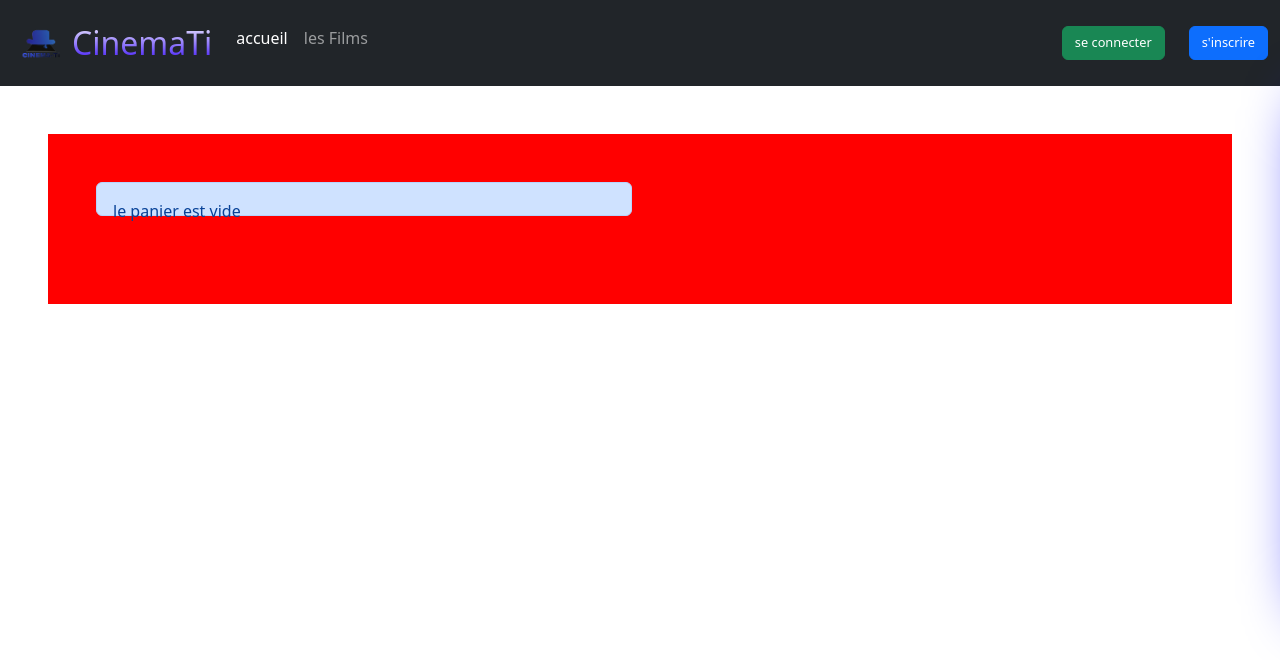
Repository: ahmed-rabah/cinemaMiniProject
Page: http://localhost/finaliserCommande.php
These files come from the project's save history. The page is drawn as it stood at one moment and after the next save; the edit follows.
The browser window is 1280 px wide. The pictures show the whole page.
The page is run by PHP 8.4 with error messages shown; the project is at /var/www/html/. Other server files are loaded and not shown.

Above is the page before, as saved 2023-01-12 12:17:17.
Console error: TypeError: Cannot read properties of null (reading 'addEventListener')

### finaliserCommande.php
<?php
 session_start();
//  require "./functions/database.php";
//  $images = $pdo->query("SELECT photo from film");
//  $images = $images->fetchAll(MYSQLI_NUM);
//  foreach ($images as $image){
//     echo "<img src=\"".$image["photo"]."\" >";
// }?>
<!DOCTYPE html>
<html lang="en">
<head>
    <meta charset="UTF-8">
    <meta http-equiv="X-UA-Compatible" content="IE=edge">
    <meta name="viewport" content="width=device-width, initial-scale=1.0">
    <link rel="stylesheet" href="node_modules/bootstrap/dist/css/bootstrap.min.css">
    <link rel="stylesheet" href="./css/style.css">
    <link rel="stylesheet" href="https://unicons.iconscout.com/release/v4.0.0/css/line.css">
    <link rel="icon" href="./logoCinema.png">
    <title>CinemaTi</title>
</head>
<body>
    <header>
        <?php include './header.php'; ?>

    </header>
    <main class="">
        <section class="" id="cartContainer"></section>
    </main>

    <div class="absoluteCart m-2 p-1"></div>

    <script src="node_modules/jquery/dist/jquery.slim.min.js"></script>
    <script src="node_modules/bootstrap/dist/js/bootstrap.bundle.min.js"></script>
    <script src="./javascript/panie.js"></script>
</body>
</html>

### header.php
<?php
    require_once './functions/database.php';

    function getAllgenres($pdo){
      $req = $pdo->query('SELECT * from genre');
      $rows = $req->fetchAll(PDO::FETCH_ASSOC);
      foreach ($rows as $row) {
        $genres[] = $row ;
      }

      return $genres;
    }
?>
<nav class="navbar navbar-expand-lg navbar-dark bg-dark">

  <div class="container-fluid">
      <a class="navbar-brand d-flex cine-name" href="./index.php">
        <img src="./logoCinema.png" width="60" height="60" class="d-inline-block align-top rounded-circle" alt="">
        <h2 class="mt-2 gradiant-bg">CinemaTi</h2>
      </a>
    <button class="navbar-toggler" type="button" data-bs-toggle="collapse" data-bs-target="#navbarColor01" aria-controls="navbarColor01" aria-expanded="false" aria-label="Toggle navigation">
      <span class="navbar-toggler-icon"></span>
    </button>
    <div class="collapse navbar-collapse justify-content-between" id="navbarColor01">
      <ul class="navbar-nav">
        <li class="nav-item">
          <a class="nav-link active" href="./index.php" id="accueil"><h6>accueil</h6>
            <span class="visually-hidden">(current)</span>
          </a>
        </li>
        <li class="nav-item">
          <a class="nav-link" href="./movies.php"  id="movies"><h6>les Films</h6></a>
        </li>
   <!--     <li class="nav-item">
          <a class="nav-link" href="./movies.php" ><h6>les salles de projection</h6></a>
        </li>
        <li class="nav-item">
          <a class="nav-link" href="./contact.php"><h6>Contact</h6></a>
        </li> -->
      </ul>
      <?php
      if(!isset($_SESSION['user_id'])){
        ?>

<ul class="nav navbar" id="non-connected">
  <li><a href="./signIn.php" class="btn btn-success me-2 font-size">se connecter</a></li>
  <li><a href="./signup.php" class="btn btn-primary ms-3 font-size">s'inscrire</a></li>
</ul>
<?php }
if(isset($_SESSION['user_id'])){ ?>
    <ul class="nav navbar" id="connected">
      <li><button class="btn btn-light me-2" id="panier"><span class="font-size"><i class="uil uil-shopping-cart-alt ">panier d'achat</i></span></button></li>
      <li><a href="./dashboard.php" class="btn btn-primary ms-3 "><span class="font-size"><i class="uil uil-user-circle"></i>votre compte</span></a></li>
      <li><a href="./logout.php" class="btn btn-danger ms-3 "><span class="font-size"><i class="uil uil-signout"></i>deconnexion</span></a></li>
    </ul>
    <?php } ?>
  </div>
  </div>
</nav>

### functions/database.php
<?php
try {
    $database="moviedb";
    $user="root";
    $password="";
    $pdo = new PDO("mysql:host=localhost;dbname=$database",$user,$password);
    // echo "Success: Connected to the database.";
  } catch(PDOException $e) {
    die("Error: Could not connect to the database.");
  }

### functions/panier.php
<?php


if($_SERVER['REQUEST_METHOD'] == 'GET'){
    session_start();
    if(isset($_SESSION['user_id']) && !empty( $_SESSION['panier'])){
        $panier = $_SESSION['panier'];
        require_once './database.php';
        $productsInfos=[];
        foreach ($panier as $product) {
            $idprogramme = $product['idProgramme'];
            $req = "SELECT  p.idProgramme ,g.libelle,f.titre,p.date_projection,f.photo , p.heure_debut, p.ticketsDisponible, p.prix_unitaire FROM programme as p, film as f , genre as g WHERE p.idFilm= f.idFilm AND p.idProgramme =$idprogramme AND g.idGenre = f.idGenre";
            $requete = $pdo->query($req);
            $resultat = $requete->fetch(PDO::FETCH_ASSOC);
            array_push($product,$resultat);
            if(isset($_GET['item']) && $_GET['item'] ==$idprogramme ){
                exit(json_encode($product));
            }
            array_push($productsInfos,$product);
        }
        if(isset($_GET['item'])){
            exit(json_encode(false));
        }
        exit(json_encode($productsInfos));


        // require_once './database.php';
        // $idUser = $_GET['idUser'];
        // $req = "SELECT pro.id_produit ,pro.nombre_places , pro.prix , p.date_projection ,p.heure_debut , p.prix_unitaire , g.libelle , f.titre,f.photo FROM produit as pro, programme as p , film as f ,genre as g WHERE pro.id_user=$idUser AND p.idFilm=f.idFilm AND pro.id_programme=p.idProgramme AND g.idGenre =f.idGenre";
        // $query = $pdo->query($req);
        // $resultat = $query->fetchAll(PDO::FETCH_ASSOC);
    }else{
        exit(json_encode(false));
    }
}

### css/style.css

::-webkit-scrollbar{
    width : 1rem;
}
::-webkit-scrollbar-track{
    background-color: black;
}
::-webkit-scrollbar-thumb{
    background-color: #2d00f7a1;
    border-radius: 100vw;
}
::-webkit-scrollbar-thumb:hover{
    background-color:white;
}

html{
    scroll-behavior: smooth;
}


.centered{
    position: absolute;
    top: 50%;
    left: 50%;
    transform: translate(-50%, -50%);
}
.logo-picture{
    width: 100px; height :100px;
}
/*
.cine-name{
    background-image : linear-gradient(to top,#89f90a 20% , #02fa54 100%) ;
    border-radius : 10px;
    padding-right: 4px;
} */
.font-size{
    font-size: 0.8em;
}
/* .account{
    font-size: 1.2em
} */
.gradiant-bg{
    background-color: #5577ff;
    background-image : linear-gradient(to top,#2d00f7 0% , #ffffff 100%) ;
    background-clip: text;
    -webkit-background-clip: text;
    -moz-background-clip: text;
    -webkit-text-fill-color: transparent;
    -moz-text-fill-color: transparent;
    background-size: 100%;
    display : flex  ;
    align-items: center ;
    cursor : pointer ;
    text-decoration: none;
}

.grid{
    display: grid;
    grid-template-columns:auto auto auto ;
}

.absolute-alert{
    background-color: rgba(255,255,255,0.5);
    width: 100vw;
    height: 100vh;
    position: fixed ;
    top: 0;
    left: 0;
    z-index: 100 ;
    text-align :center;
    display :grid ;
    place-items: center ;

}
.absoluteCart{
    position: fixed;
    top: 6em;
    right: 0;
    width: 400px;
    height: 70%;
    background: #3d5f89;
    border-radius: 12px;
    box-shadow: 0 0 4em blue;
    display: grid;
    grid-template-columns: auto;
    justify-content: center;
    transition: all 0.3s linear ;
    transform: translate(110%);
    overflow-y: auto;
    }
    .show-cart {
    transform: translate(0);
    }
    .finaliserBtn{
        position: sticky;
        top: 0;
        z-index: 100;
        margin-bottom: 1em;
        height: 50px;
    }
    .inner-grid{
        display: grid ;
    grid-template-columns:30% 70% ;
    border-bottom:  1px solid black ;
    margin: 0.4em 0;
    }
    .grid{
        display: grid ;
    grid-template-columns:30% 70% ;
    }
    @media screen and (max-width:1048px) {
        .grid{
        display: grid ;
    grid-template-columns:20% 80% ;
    }
}

#cartContainer{
    margin: 3em;
    padding: 3em;
    display : grid;
    grid-template-columns: 1fr 1fr;
    gap: 1em;
    background-color : red ;

}
@media screen and (max-width:700px) {
    #cartContainer{
    grid-template-columns:auto ;
    }

}

### javascript/panie.js
let panierBtn = document.getElementById('panier');
let deleteProductBtn = document.getElementById('deleteproduct');
let updateProductBtn = document.getElementById('updateproduct');
let addProductBtn =  document.getElementById('addProduct');
let cartContainer = document.getElementById('cartContainer');

window.addEventListener('DOMContentLoaded',()=>{
    getUserPanier("container").then(data=>{
            cartContainer.innerHTML = data;
    })
})

function addProduct(id){
    addProduit(id).then(response=>{
        let added = response.added;
        let reponse = response.response;
        let connected = response.connected;
       let msg="";
        if(!connected) {
            reponse+='<strong><a href="./signin.php">Se connecter</a></strong>';
        }
        if(!added){
            msg=`<div class="alert alert-warning alert-dismissible fade show" role="alert" id="myAlert">
            ${reponse}
            <button type="button" class="btn-close" data-bs-dismiss="alert" aria-label="Close"></button>
          </div>`;
        }else{
            msg=`<div class="alert alert-success alert-dismissible fade show" role="alert" id="myAlert">
            ${reponse}
            <button type="button" class="btn-close" data-bs-dismiss="alert" aria-label="Close"></button>
          </div>`;
        }
        let body = document.querySelector('body');
        body.insertAdjacentHTML('beforeend',`<div class="absolute-alert">${msg}</div>`);
        let theAlert = document.querySelector('.absolute-alert');
        theAlert.addEventListener('click',function(e){
            if(e.target.classList.contains('absolute-alert')){
            theAlert.outerHTML="";
        }})
        let myAlert = document.getElementById('myAlert')
            myAlert.addEventListener('close.bs.alert', () => {
                theAlert.outerHTML="";
            })

        setTimeout(() => {theAlert.outerHTML="";},10000);
    })

    // console.log(id);
}

panierBtn.addEventListener('click', () => {
    userCart()
    let cart = document.querySelector('.absoluteCart');
    cart.classList.toggle('show-cart');
})

async function deleteproductFromCart(product){
    let request = await fetch("./functions/deleteUserProduct.php?idProgramme="+product);
    let response = await request.json();
    let deleted = response.deleted;
    let reponse = response.response;
    let connected = response.connected;
    let msg="";
    let cartItem = document.getElementById('cart'+product);
    if(!connected) {
        reponse+='<strong><a href="./signin.php">Se connecter</a></strong>';
    }
    if(!deleted){
        msg=`<div class="alert alert-warning alert-dismissible fade show" role="alert" id="myAlert">
        ${reponse}
        <button type="button" class="btn-close" data-bs-dismiss="alert" aria-label="Close"></button>
      </div>`;
      cartItem.insertAdjacentHTML('beforebegin',msg);
    }else{
        msg=`<div class="alert alert-success alert-dismissible fade show" role="alert" id="myAlert">
        ${reponse}
        <button type="button" class="btn-close" data-bs-dismiss="alert" aria-label="Close"></button>
      </div>`;
      cartItem.outerHTML=msg;
    }
    // let cart = document.querySelector('.absoluteCart');

}
async function updateproductCart(product,status){
    let request = await fetch("./functions/updateUserProduct.php?idProgramme="+product+"&status="+status);
    let response = await request.json();
    let updated = response.updated;
    let reponse = response.response;
    let connected = response.connected;
    let msg="";
    let cartItem = document.getElementById('cart'+product);
    if(!connected) {
        reponse+='<strong><a href="./signin.php">Se connecter</a></strong>';
    }
    if(connected && updated === false){
        msg=`<div class="alert alert-danger alert-dismissible fade show" role="alert" id="myAlert">
        ${reponse}
        <button type="button" class="btn-close" data-bs-dismiss="alert" aria-label="Close"></button>
      </div>`;
    }else{
        msg=`<div class="alert alert-success alert-dismissible fade show" role="alert" id="myAlert">
        ${reponse}
        <button type="button" class="btn-close" data-bs-dismiss="alert" aria-label="Close"></button>
        </div>`;
        getCartItem(product).then(result => {
            cartItem.outerHTML = result ;
        })
    }
    let body = document.querySelector('body');
    body.insertAdjacentHTML('beforeend',`<div class="absolute-alert">${msg}</div>`);
    let theAlert = document.querySelector('.absolute-alert');
    theAlert.addEventListener('click',function(e){
        if(e.target.classList.contains('absolute-alert')){
        theAlert.outerHTML="";
    }})
    let myAlert = document.getElementById('myAlert')
        myAlert.addEventListener('close.bs.alert', () => {
            theAlert.outerHTML="";
        })

    setTimeout(() => {theAlert.outerHTML="";},10000);

}

function userCart(){
    getUserPanier('sidebar').then(data=>{
        console.log(data);
        let cartDiv = document.querySelector('.absoluteCart');
        cartDiv.innerHTML=data;
        let Final = document.createElement('a');
        Final.setAttribute('href',"./finaliserCommande.php");
        Final.className="btn btn-primary w-100  finaliserBtn";
        Final.innerHTML="finaliser la commande";
        cartDiv.prepend(Final);
    })

}

async function getCartItem(item){
    let request = await fetch('./functions/panier.php?item='+item);
    let response = await request.json();
    let msg="";
    if(response === false){
        msg =`<div class="alert alert-primary h-25" role="alert">
        le panier est vide
        </div>`;
    }else{
        msg=cartItemInfos(response,"sidebar");
         }

    return msg;
}
async function getUserPanier(type){
    let request = await fetch('./functions/panier.php');
    let response = await request.json();
    let msg="";
    if(response === false){
        msg =`<div class="alert alert-primary h-25" role="alert">
        le panier est vide
            </div>`;
    }else{
        response.forEach(produit => {
            msg+=cartItemInfos(produit,type);
        });
    }

    return msg;
}

async function addProduit(programme){
    let request = await fetch('./functions/addproduct.php?idProgramme='+programme);
    let response = await request.json();
    return response;
}

function cartItemInfos(produit,use){

    if(use==="sidebar"){

        return `<div class="card border-primary  mb-2 w-100"  id="cart${produit.idProgramme}">
        <div class="card-header"><h4>${produit[0].titre}</h4></div>
        <div class="card-body  text-dark">
        <div class="d-flex justify-content-center">
        <img src="${produit[0].photo}" width="60px" height="66px">
        <div class="ms-1">
        <p class="card-title  m-0 fw-normal">le <strong>${produit[0].date_projection}</strong> à <strong>${produit[0].heure_debut}</strong></p>
        <p class="card-text m-0 fw-normal">prix_unitaire :<strong> ${produit[0].prix_unitaire} DH</strong></p>
        <p class="card-text m-0 fw-normal">tickets disponible :<strong> ${produit[0].ticketsDisponible}</strong> ticket(s)</p>
        </div>
        </div>
        </div>
        <div class="card-footer d-flex justify-content-between align-items-center p-1">
        <div class="d-flex justify-content-center align-items-center">
        <h6 class="btn minus" onclick="updateproductCart(${produit.idProgramme},'minus')"><i class="uil uil-minus-circle fs-5 text-danger"></i></h6>
        <h6> ${produit.nbrPlace} </h6>
        <h6 class="btn plus" onclick="updateproductCart(${produit.idProgramme},'plus')"><i class="uil uil-plus-circle fs-5 text-success"></i></h6>
        </div>
        <h6>Total : ${produit.prix} DH</h6>
        <button class="btn btn-danger"  onclick="deleteproductFromCart(${produit.idProgramme})"><i class="uil uil-trash-alt"></i></button>
        </div>
        </div>`;
    }else{
        return `<div class="card border-primary w-100"  id="cart${produit.idProgramme}">
        <div class="card-header text-center"><h2>${produit[0].titre}</h2></div>
        <div class="card-body  text-dark">
        <div class="d-flex justify-content-start align-items-center">
        <img src="${produit[0].photo}" width="140px" height="140px">
        <div class="ms-1">
        <h5 class="card-title  m-0 fw-normal">le <strong>${produit[0].date_projection}</strong> à <strong>${produit[0].heure_debut}</strong></h5>
        <h5 class="card-text m-0 fw-normal">prix_unitaire :<strong> ${produit[0].prix_unitaire} DH</strong></h5>
        <h5 class="card-text m-0 fw-normal">tickets disponible :<strong> ${produit[0].ticketsDisponible}</strong> ticket(s)</h5>
        </div>
        </div>
        </div>
        <div class="card-footer d-flex justify-content-between align-items-center p-1">
        <div class="d-flex justify-content-center align-items-center">
        <h4 class="btn minus" onclick="updateproductCart(${produit.idProgramme},'minus')"><i class="uil uil-minus-circle fs-5 text-danger"></i></h4>
        <h4> ${produit.nbrPlace} </h4>
        <h4 class="btn plus" onclick="updateproductCart(${produit.idProgramme},'plus')"><i class="uil uil-plus-circle fs-5 text-success"></i></h4>
        </div>
        <h4>Total : ${produit.prix} DH</h4>
        <button class="btn btn-danger"  onclick="deleteproductFromCart(${produit.idProgramme})"><i class="uil uil-trash-alt"></i></button>
        </div>
        </div>`;
    }
    }
    // window.addEventListener('load',()=>{
    //     let addBtns = document.querySelectorAll('.addToCart');
// console.log("begin");
// addBtns.forEach(addBtn=>{
// let programmeID  = addBtn.dataSet.programmeID;
// console.log("ok");
// console.log(programmeID);

// });
// console.log("ends");


/*
panierBtn.addEventListener('click',()=>{

    getUserPanier(1).then(panier=>{
        panier.forEach(produit => {
            console.log(produit);
        });
    })

});

// addProductBtn.addEventListener('click',()=>{
//     addProduct(programme).then(response=>{
    //         console.log(response);
    //     })
    // });

    deleteProductBtn.addEventListener('click',()=>{
        deleteproductFromCart(programme).then(response=>{
            console.log(response);
        })
});

updateProductBtn.addEventListener('click',()=>{
    let product =  document.getElementById('product').value;
    updateproductCart(product,nbr).then(response=>{
        console.log(response);
    })
});

*/
// })

After the next save:
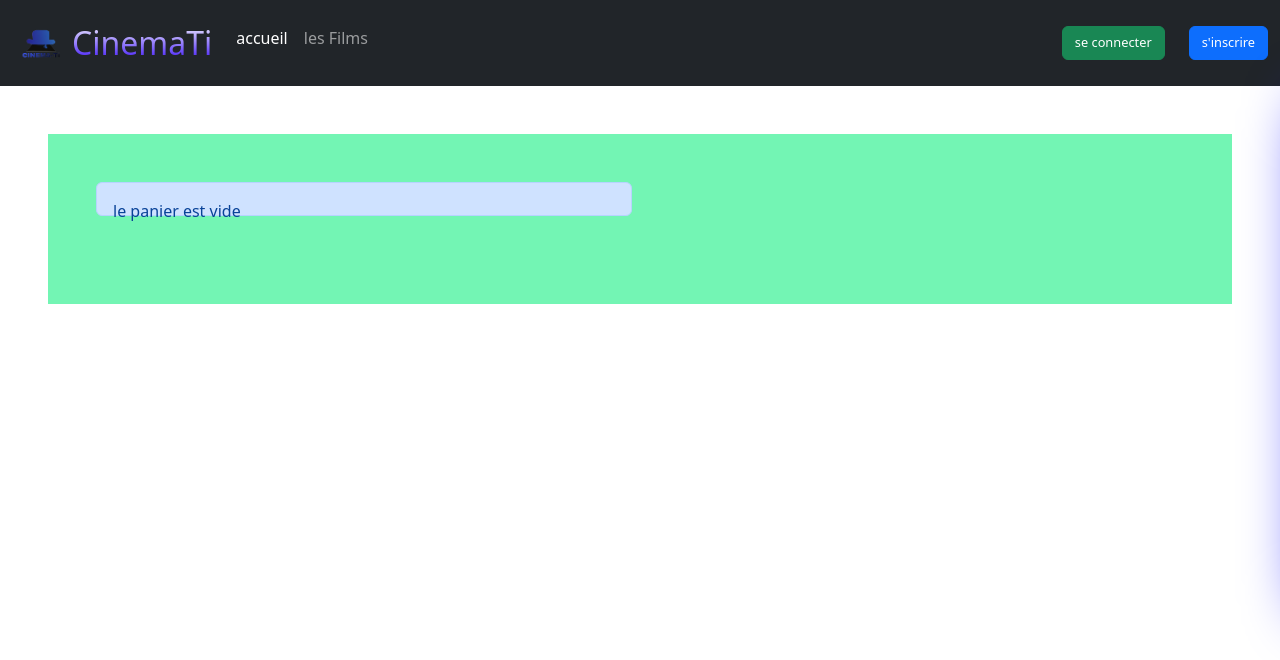
Saved 8 min 17 s later.
--- a/css/style.css
+++ b/css/style.css
@@ -121,7 +121,7 @@ html{
     display : grid;
     grid-template-columns: 1fr 1fr;
     gap: 1em;
-    background-color : red ;
+    background-color : rgb(115, 245, 180) ;
 
 }
 @media screen and (max-width:700px) {
